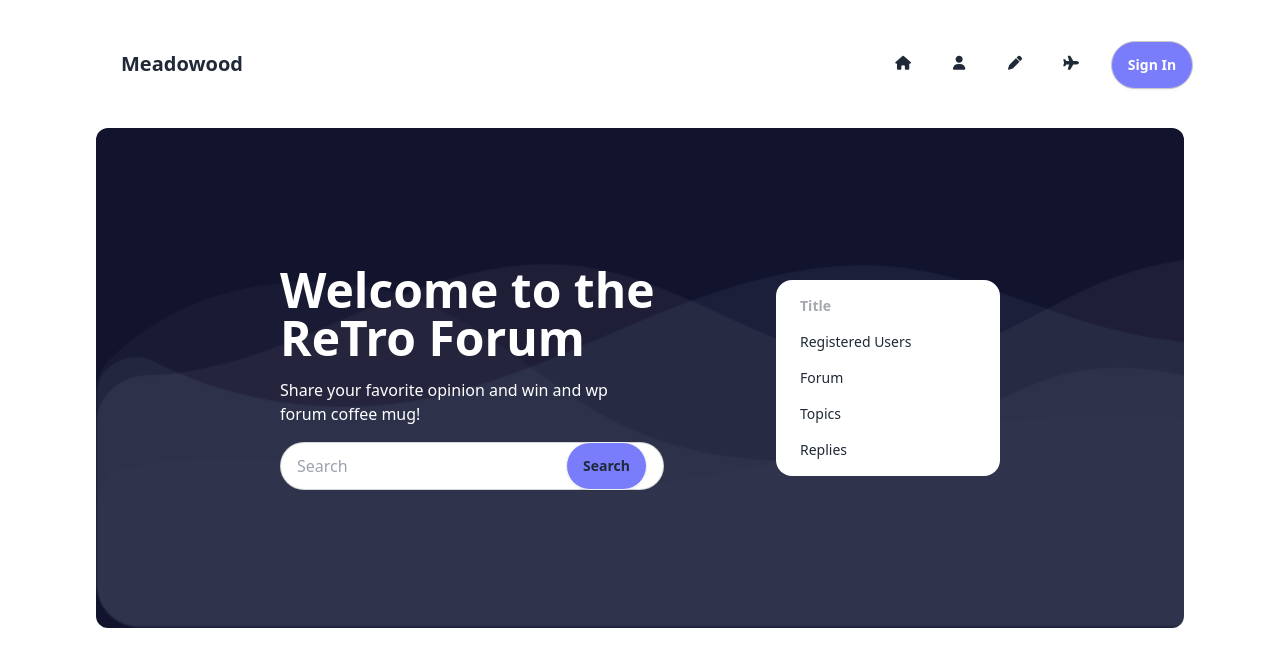
Repository: RudrasahaDibos/Meadowood-Forum
Page: index.html
An editor plug-in stored every save of this project. The page is shown before and after the next save, followed by the edit.
The browser window is 1280 px wide. The pictures show the whole page.
Some web libraries are served in a nearby version.

Above is the page before, as saved 2024-11-24 12:52:04.

After the next save:
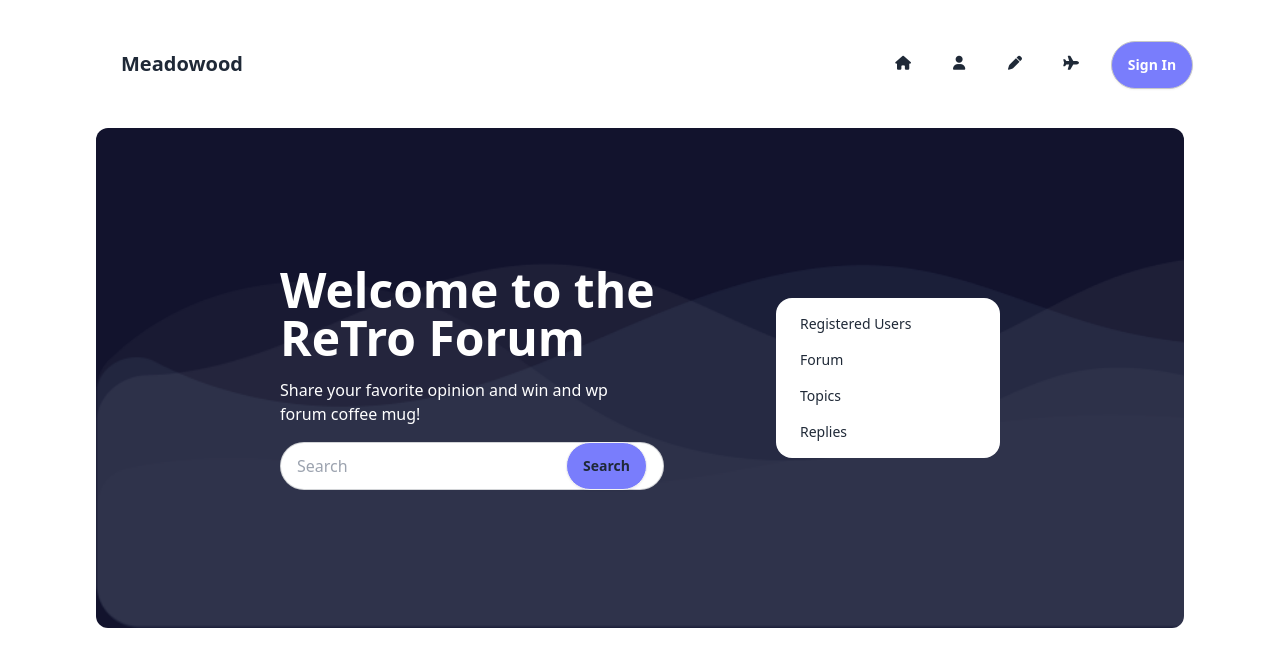
Saved 17 s later.
--- a/index.html
+++ b/index.html
@@ -84,7 +84,7 @@
 
                    <div>
                     <ul class="menu bg-[#FFFFFF] rounded-box w-56">
-                        <li class="menu-title">Title</li>
+
                         <li><a>Registered Users</a></li>
                         <li><a>Forum</a></li>
                         <li><a>Topics</a></li>
